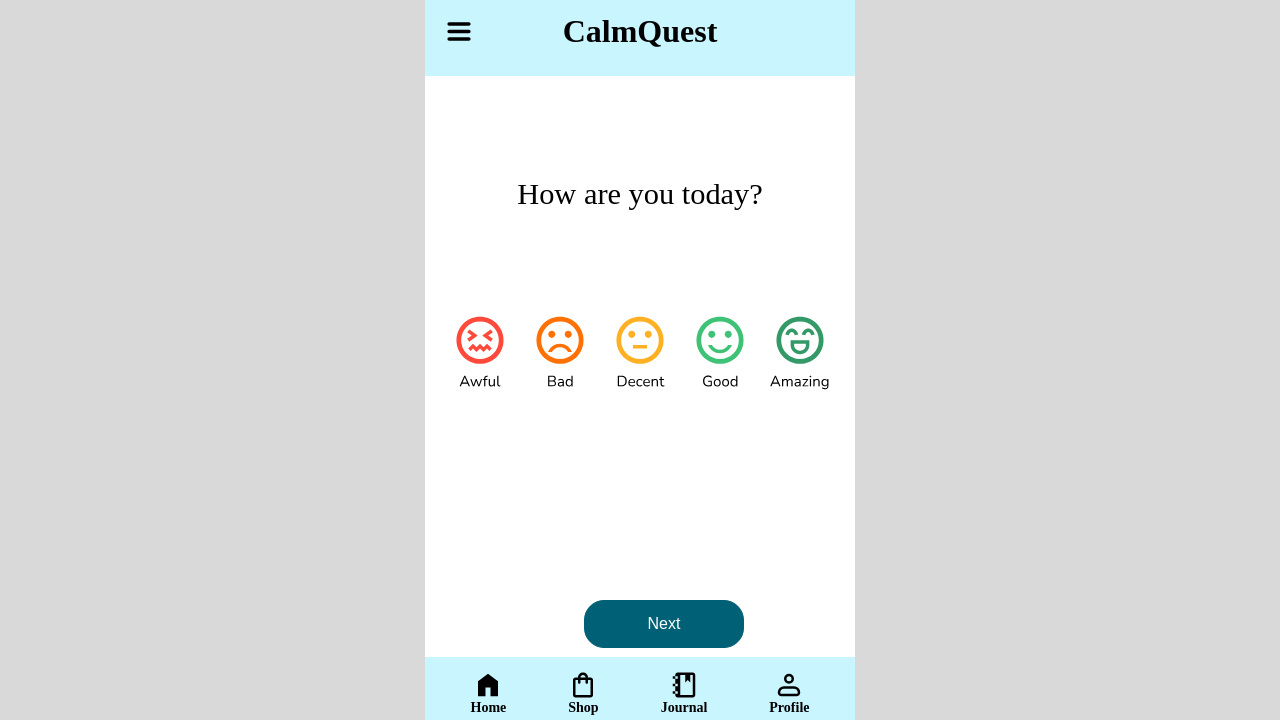
Repository: Michelle2317/CalmQuest
Page: /ParentQuiz
The author's editor kept a copy of each file at every save. The page is drawn from the files as they stood at one save, then again after a run of saves.
The browser window is 1280 px wide. The pictures show the whole page.
The project was rebuilt for these pictures with package versions that can differ from the ones it lists, and the page was loaded fresh each time. The framework's server and built-in components were replaced by stand-ins that run in the browser. Also part of the build but not shown: next.config.mjs.

Above is the page before, as saved 2024-04-11 02:14:32.

After the next 3 saves:
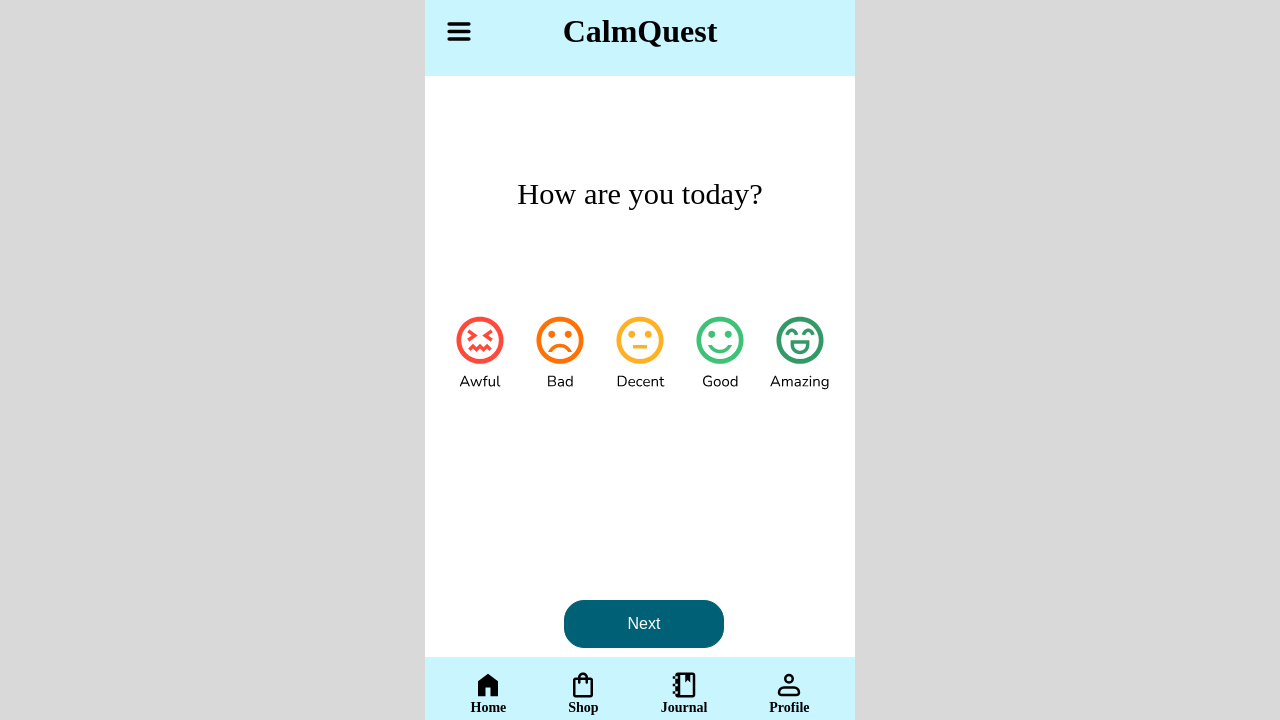
The 3 saves are shown as one change because they came seconds apart.
The last was saved 16 s later.
--- a/styles/Home.module.css
+++ b/styles/Home.module.css
@@ -187,7 +187,7 @@
 	justify-content: center;
 	align-items: center;
 	display: inline-flex;
-	margin-left: 3rem;
+	margin-left: 0.5rem;
 	margin-top: 3rem;
 }
 
